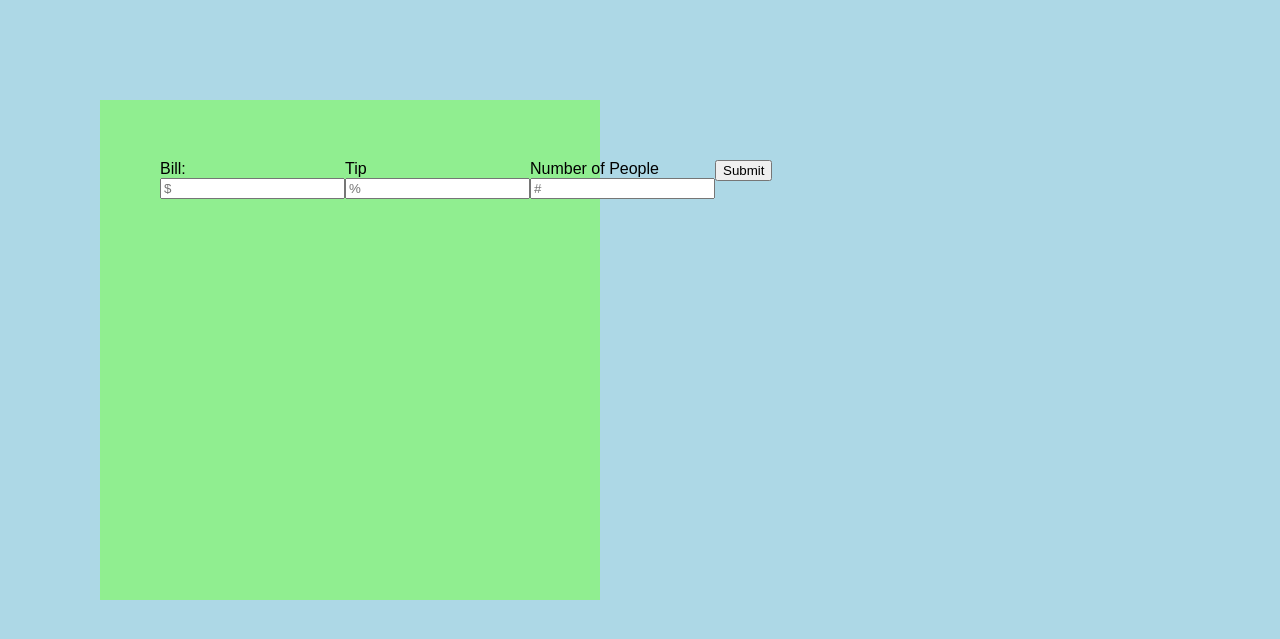
Repository: SamirIngley/Tip-Calculator
Page: tip_display.html
An editor plug-in stored every save of this project. The page is shown before and after the next save, followed by the edit.
The browser window is 1280 px wide. The pictures show the whole page.

Above is the page before, as saved 2020-02-13 08:20:40.

### tip_display.html
<!DOCTYPE html>
<html lang="en">
<head>
    <meta charset="UTF-8">
    <meta name="viewport" content="width=device-width, initial-scale=1.0">
    <meta http-equiv="X-UA-Compatible" content="ie=edge">
    <link href="style.css" rel="stylesheet">
    <title>Tip Calculator</title>
</head>
<body>

    <div class="main-content">
        <form id='form' class='form'>
            <div class='bill'>
                <label>Bill:</label>
                <input id='bill' type="number" name="bill" placeholder="$">
            </div>
            <br>
            <div class='tip'>
                <label>Tip</label>
                <input id='tip' type="number" name="tip" placeholder="%">
            </div>
            <br>
            <div class='numppl'>
                <label>Number of People</label>
                <input id='numppl' type="number" name="numppl" placeholder="#">
            </div>
            <br>
            <div class='submit'>
                <input type="submit" name="submit" value="Submit">
            </div>
        </form>


        </div>

        <p id='tip-display'>
        </p>

        <p id='total-display'>
        </p>

        <p id='total-pp-display'>
        </p>

    </div>



    <script>

        const inputBill = document.getElementById('bill')
        const inputTip = document.getElementById('tip')
        const inputNumppl = document.getElementById('numppl')
        const form = document.getElementById('form')
        const displayTip = document.getElementById('tip-display')
        const displayTotal = document.getElementById('total-display')
        const displayTotalPP = document.getElementById('total-pp-display')


        function calculateTip() {

            const bill = parseInt(inputBill.value)
            const people = inputNumppl.value
            const percent = inputTip.value
            const tip = bill * percent / 100
            const total = bill + tip
            const totalPP = total / people
            console.log(bill)
            console.log(percent)
            console.log(total)
            console.log(tip)
            console.log(people)
            console.log(totalPP)

            displayTip.innerHTML = `Tip: $${tip.toFixed(2)}`
            displayTotal.innerHTML = `Total: $${total.toFixed(2)}`
            displayTotalPP.innerHTML = `Per Person: $${totalPP.toFixed(2)}`
        }



        form.addEventListener("submit", function(e) {
            e.preventDefault()
            calculateTip()
        })

        // inputBill.addEventListnener('change', function(e) {
        //     console.log(inputBill.value)
        //     const newBillAMount = parseFloat(e.target.value)

        // })

    </script>



</body>
</html>

### style.css
body {
    background-color: lightblue;
    margin: 100px;
    display: flex;
}

div.main-content {
    background-color: lightgreen;
    display: grid;
    grid-gap: 5px;
    grid-template-columns: (2, 1fr);
    grid-template-rows: (4, 1fr);
    height: 500px;
    width: 500px;
    grid-template-areas: "b b"
                         "t t"
                         "n n"
                         "s s"

}


.main-content>form {
    display: flex;
    font-family: Arial, Helvetica, sans-serif;
    margin: 10px;
    padding: 50px;
}


.bill {
    grid-area: b;
}

.tip {
    grid-area: t;
}

.numppl {
    grid-area: n;
}

.submit {
    grid-area: s;
}

After the next save:
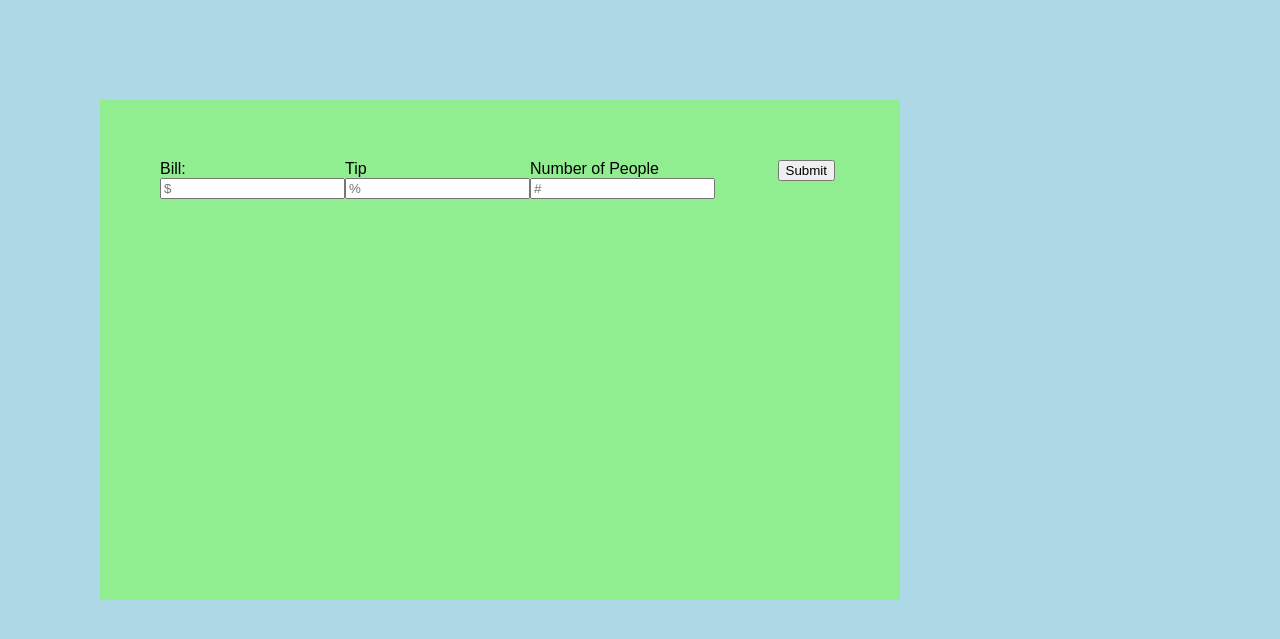
Saved 9 s later.
--- a/style.css
+++ b/style.css
@@ -11,7 +11,7 @@ div.main-content {
     grid-template-columns: (2, 1fr);
     grid-template-rows: (4, 1fr);
     height: 500px;
-    width: 500px;
+    width: 800px;
     grid-template-areas: "b b"
                          "t t"
                          "n n"
